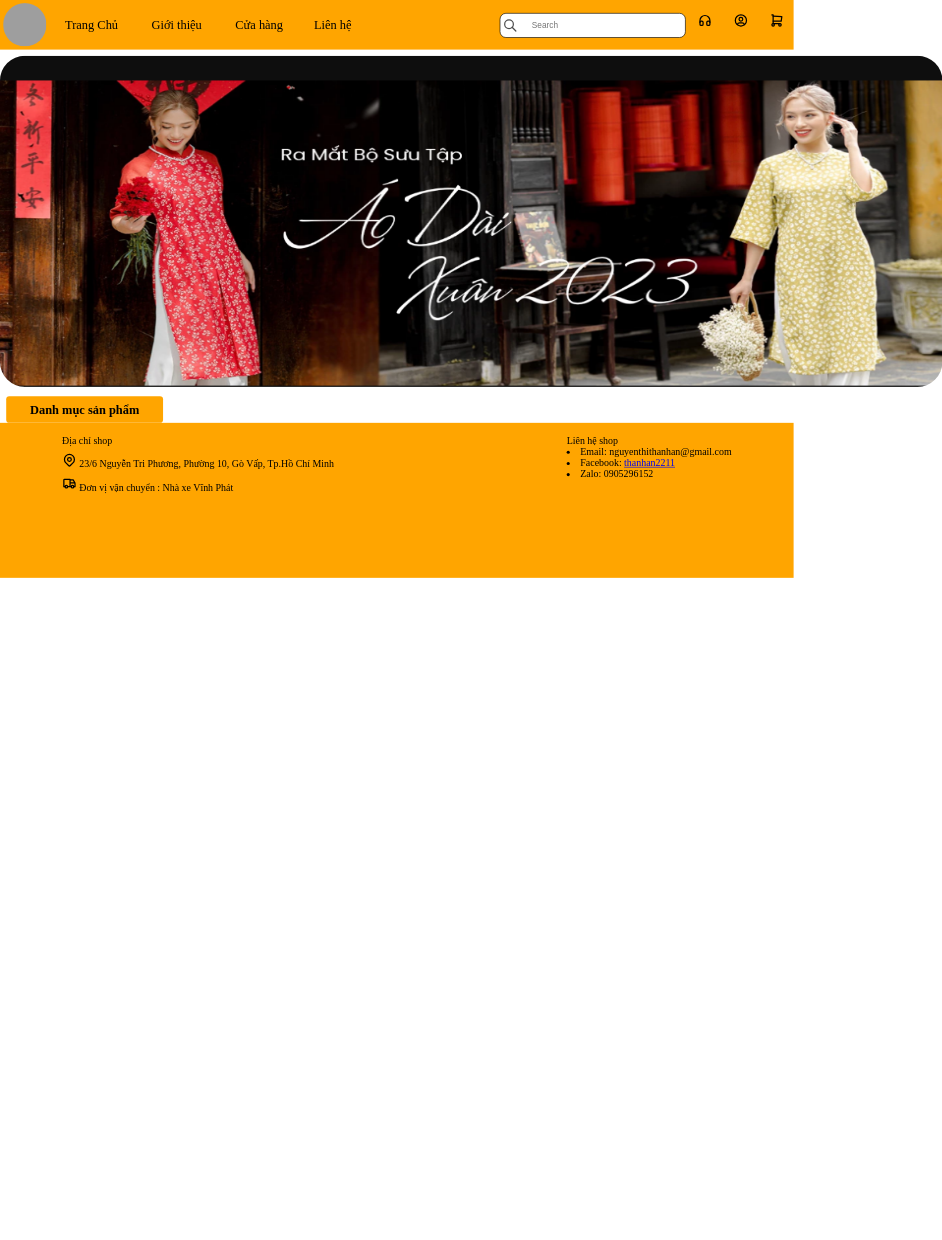
Repository: manhhieu120499/test-page
Page: index.html
These files come from the project's save history. The page is drawn as it stood at one moment and after the next save; the edit follows.
The browser window is 1280 px wide. The page is 1520 px wide, so the pictures cover 1520 px, including what lies to the right of the window. The pictures show the whole page, at 62% of full size.
Pictures or frames that could not be fetched are drawn as grey boxes.

Above is the page before, as saved 2023-01-12 00:29:24.

### index.html
<!DOCTYPE html>
<html lang="en">

<head>
    <meta charset="UTF-8">
    <meta http-equiv="X-UA-Compatible" content="IE=edge">
    <meta name="viewport" content="width=device-width, initial-scale=1.0">
    <title>Document</title>
    <link rel="stylesheet" href="./style.css">
</head>

<body>
    <div id="header">
        <div class="left-sidebar">
            <img src="https://t3.ftcdn.net/jpg/03/02/36/70/360_F_302367092_vmqO9rSPmluZJFuOFFNzjGwimbChoIAZ.jpg"
                alt="logo-shop">
            <ul class="sub-menu">
                <li><a href="#">Trang Chủ</a></li>
                <li><a href="#">Giới thiệu</a></li>
                <li><a href="#">Cửa hàng</a< /li>
                <li><a href="#">Liên hệ</a></li>
            </ul>

        </div>

        <div class="right-sidebar">
            <input type="text" placeholder="           Search" />
            <a href="#" class="search">
                <svg xmlns="http://www.w3.org/2000/svg" class="icon icon-tabler icon-tabler-search" width="24" height="24" viewBox="0 0 24 24" stroke-width="2" stroke="currentColor" fill="none" stroke-linecap="round" stroke-linejoin="round">
                    <path stroke="none" d="M0 0h24v24H0z" fill="none"></path>
                    <circle cx="10" cy="10" r="7"></circle>
                    <line x1="21" y1="21" x2="15" y2="15"></line>
                 </svg>
            </a>
            <a href="#" class="telesale">
                <svg xmlns="http://www.w3.org/2000/svg" class="icon icon-tabler icon-tabler-headphones" width="24"
                    height="24" viewBox="0 0 24 24" stroke-width="2" stroke="currentColor" fill="none"
                    stroke-linecap="round" stroke-linejoin="round">
                    <path stroke="none" d="M0 0h24v24H0z" fill="none"></path>
                    <rect x="4" y="13" rx="2" width="5" height="7"></rect>
                    <rect x="15" y="13" rx="2" width="5" height="7"></rect>
                    <path d="M4 15v-3a8 8 0 0 1 16 0v3"></path>
                </svg>
            </a>
            <a href="#" class="person">
                <svg xmlns="http://www.w3.org/2000/svg" class="icon icon-tabler icon-tabler-user-circle" width="24"
                    height="24" viewBox="0 0 24 24" stroke-width="2" stroke="currentColor" fill="none"
                    stroke-linecap="round" stroke-linejoin="round">
                    <path stroke="none" d="M0 0h24v24H0z" fill="none"></path>
                    <circle cx="12" cy="12" r="9"></circle>
                    <circle cx="12" cy="10" r="3"></circle>
                    <path d="M6.168 18.849a4 4 0 0 1 3.832 -2.849h4a4 4 0 0 1 3.834 2.855"></path>
                </svg>
            </a>
            <a href="#" class="shopping-cart">
                <svg xmlns="http://www.w3.org/2000/svg" class="icon icon-tabler icon-tabler-shopping-cart" width="24"
                    height="24" viewBox="0 0 24 24" stroke-width="2" stroke="currentColor" fill="none"
                    stroke-linecap="round" stroke-linejoin="round">
                    <path stroke="none" d="M0 0h24v24H0z" fill="none"></path>
                    <circle cx="6" cy="19" r="2"></circle>
                    <circle cx="17" cy="19" r="2"></circle>
                    <path d="M17 17h-11v-14h-2"></path>
                    <path d="M6 5l14 1l-1 7h-13"></path>
                </svg>
            </a>
        </div>
    </div>

    <div class="body">
        <div class="shop-picture">
            <img src="./logo-tet.png" alt="picture">
        </div>
        <span class="title">Danh mục sản phẩm</span>
        <!-- <div class="group-danh-muc">
            <ul>
                <li><a href="#">
                     <img src="" alt="Váy">
                     <span>Váy</span>
                </a></li>
                <li><a href="#">
                    <img src="" alt="Áo thun">
                    <span>Áo thun</span>
                </a></li>
                <li><a href="#">
                    <img src="" alt="Áo khoát">
                    <span>Áo khoát</span>
                </a></li>
                <li><a href="#">
                    <img src="" alt="Áo polo">
                    <span>Áo polo</span>
                </a></li>
                <li><a href="#">
                    <img src="" alt="Áo hoodies">
                    <span>Áo hoodies</span>
                </a></li>
                <li><a href="#">
                    <img src="" alt="Chân váy">
                    <span>Chân váy</span>
                </a></li>
                <li><a href="#">
                    <img src="" alt="Quần jean">
                    <span>Quần jean</span>
                </a></li>
                <li><a href="#">
                    <img src="" alt="Quần short">
                    <span>Quần short</span>
                </a></li>
            </ul>
        </div> -->
    </div>

    <div id="footer">
         <div class="address">
            <span>Địa chỉ shop</span>
            <ul>
                <li>
                    <svg xmlns="http://www.w3.org/2000/svg" class="icon icon-tabler icon-tabler-map-pin" width="24" height="24" viewBox="0 0 24 24" stroke-width="2" stroke="currentColor" fill="none" stroke-linecap="round" stroke-linejoin="round">
                    <path stroke="none" d="M0 0h24v24H0z" fill="none"></path>
                    <circle cx="12" cy="11" r="3"></circle>
                    <path d="M17.657 16.657l-4.243 4.243a2 2 0 0 1 -2.827 0l-4.244 -4.243a8 8 0 1 1 11.314 0z"></path>
                    </svg>
                    23/6 Nguyễn Tri Phương, Phường 10, Gò Vấp, Tp.Hồ Chí Minh
                </li>
                <li>
                    <svg xmlns="http://www.w3.org/2000/svg" class="icon icon-tabler icon-tabler-truck" width="24" height="24" viewBox="0 0 24 24" stroke-width="2" stroke="currentColor" fill="none" stroke-linecap="round" stroke-linejoin="round">
                        <path stroke="none" d="M0 0h24v24H0z" fill="none"></path>
                        <circle cx="7" cy="17" r="2"></circle>
                        <circle cx="17" cy="17" r="2"></circle>
                        <path d="M5 17h-2v-11a1 1 0 0 1 1 -1h9v12m-4 0h6m4 0h2v-6h-8m0 -5h5l3 5"></path>
                     </svg>
                     Đơn vị vận chuyển : Nhà xe Vĩnh Phát
                </li>
            </ul>
         </div>

         <div class="contact">
            <span>Liên hệ shop</span>
            <li>Email: nguyenthithanhan@gmail.com</li>
            <li>Facebook: <a href="https://www.facebook.com/profile.php?id=100042754030185">thanhan2211</a></li>
            <li>Zalo: 0905296152</a></li>
         </div>
    </div>
</body>

</html>

### style.css
* {
    margin: 0;
    padding: 0;
    box-sizing: border-box;
}

#header {
    width: 100vw;
    height: 80px;
    background-color: orange;
    display: flex;
    justify-content: space-between;
}

.left-sidebar {
    display: flex;
}

.left-sidebar img {
    width: 70px;
    height: 70px;
    border-radius: 50%;
    margin: 5px;
}

.sub-menu li {
   list-style: none;
   display: inline-block;
   line-height: 80px;
   padding: 0px 25px;
}

.sub-menu li a {
    text-decoration: none;
    color: black;
    font-size: 20px;
}

.right-sidebar a {
    display: inline-block;
    line-height: 80px;
    padding: 0 15px;
    color: black;
}

input {
    padding: 10px 10px;
    width: 300px;
    height: 40px;
    border: 1px solid black;
    border-radius: 10px;
    position: relative;
}

.search {
    position: absolute;
    right: 430px;
    top: 8px;
    opacity: 0.7;
}

body {
    height: 2000px;
}

.shop-picture img {
    display: block;
    height: 534px;
    width: 1520px;
    margin: 10px auto;
    border-radius: 40px;
}

.title {
    text-align: center;
    width: 253px;
    padding: 10px 0;
    border-radius: 5px;
    background-color: orange;
    font-weight: bold;
    margin-left: 10px;
    margin-top: 15px;
    display: block;
    font-size: 20px;
}

#footer {
   height: 250px;
   background-color: orange;
   display: flex;
   justify-content: space-between;
}

.address, .contact {
    margin-top: 20px;
}

.address {
    margin-left: 100px;
}

.address li {
    list-style: none;
    margin-top: 10px;
}

.contact {
    margin-right: 100px;
}

.address li {
    list-style: none;
    margin-top: 10px;
}

After the next save:
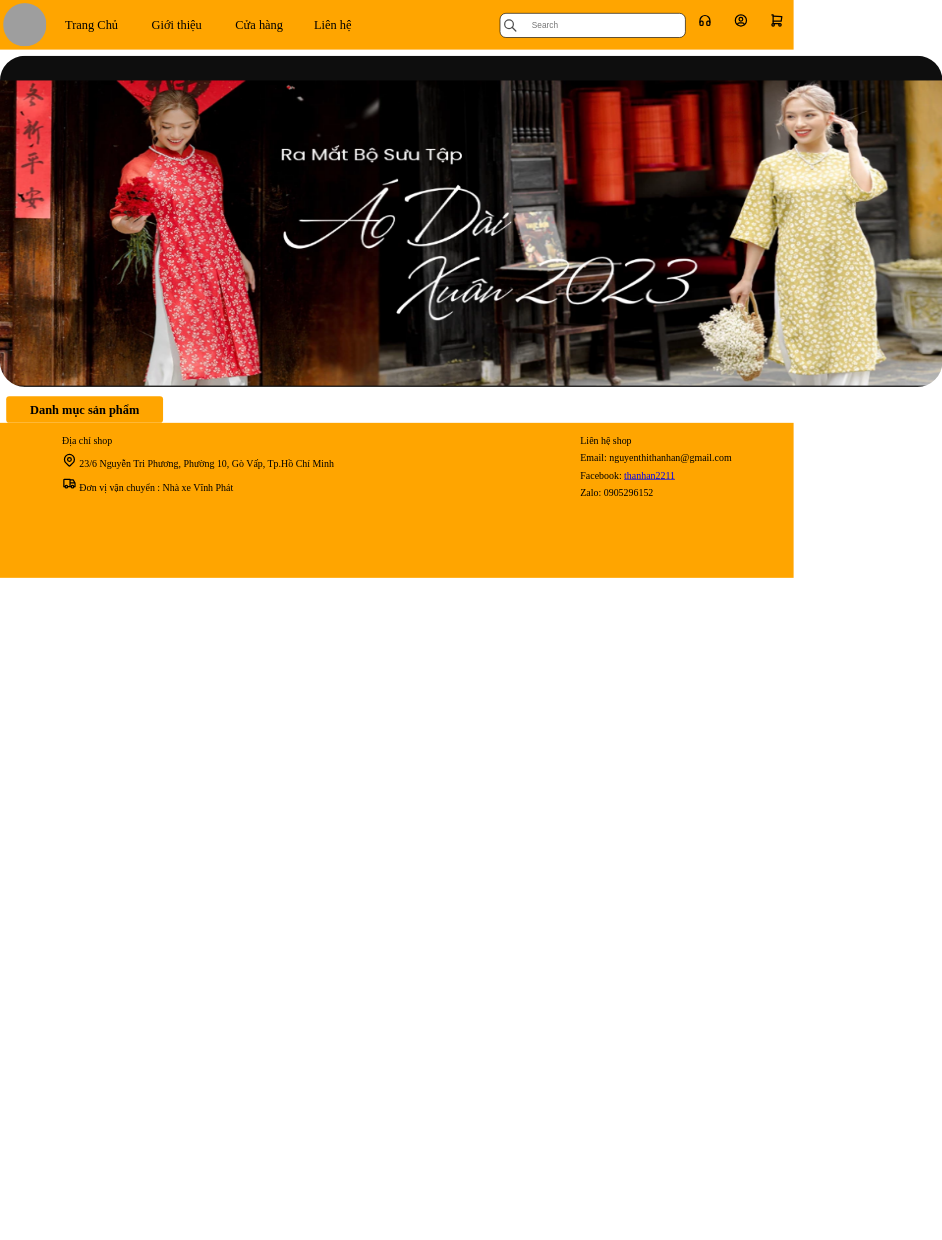
Saved 8 s later.
--- a/style.css
+++ b/style.css
@@ -108,7 +108,7 @@ body {
     margin-right: 100px;
 }
 
-.address li {
+.contact li {
     list-style: none;
     margin-top: 10px;
 }
